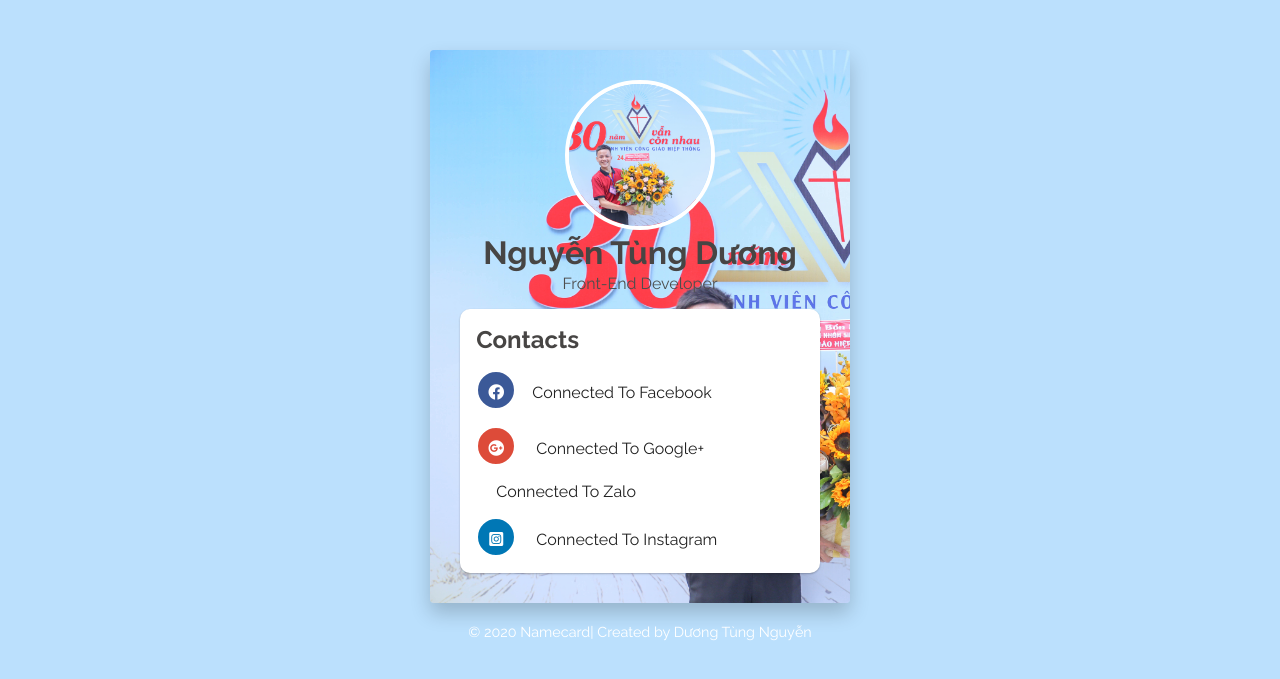
Repository: DuongTungNguyen0899/Card_Duong.github.io
Page: index.html
The author's editor kept a copy of each file at every save. The page is drawn from the files as they stood at one save, then again after the next save.
The browser window is 1280 px wide. The pictures show the whole page.

Above is the page before, as saved 2021-06-27 17:32:41.

After the next save:
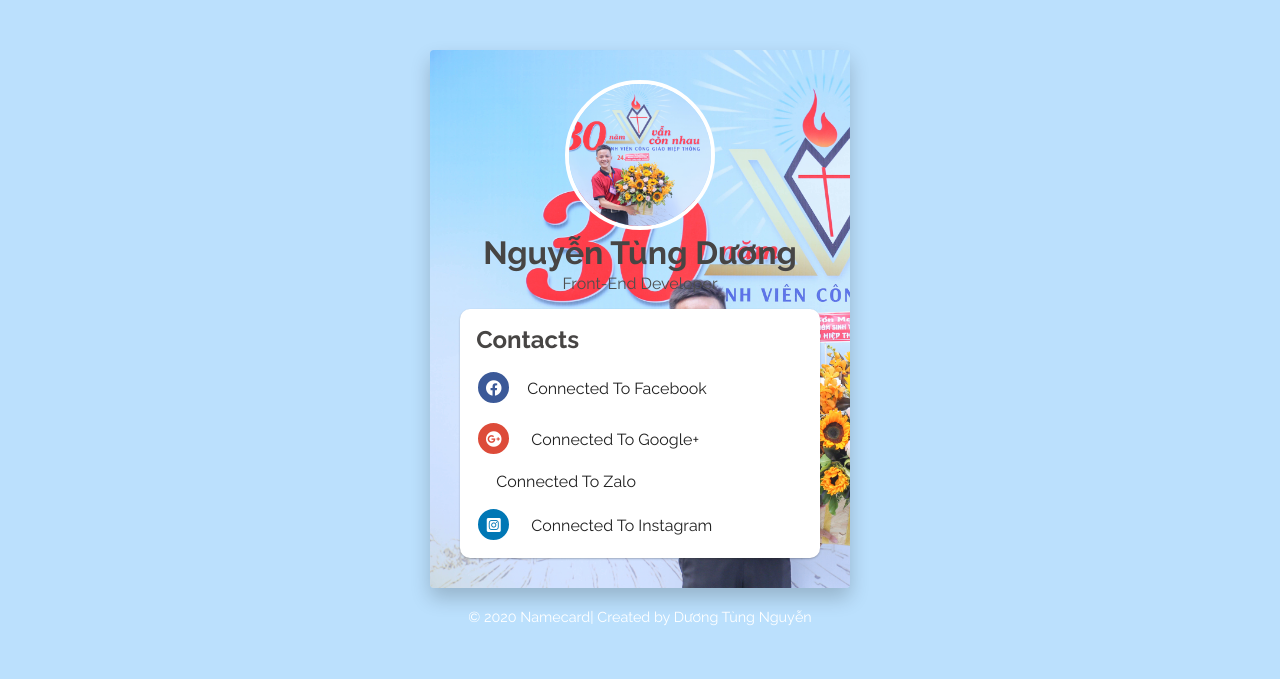
Saved 2 min 22 s later.
--- a/css/style.css
+++ b/css/style.css
@@ -132,10 +132,10 @@ h1 {
     text-align: center;
 }
 .social ul li a i.fab.fa-facebook,.social ul li a i.fab.fa-twitter,.social ul li a i.fab.fa-instagram-square,.social ul li a i.fab.fa-google-plus{
-    height: 40px;
-    width: 40px;
+    height: 35px;
+    width: 35px;
     background: none;
-    line-height: 40px;
+    line-height: 32px;
     border: solid 2px #FFF;
     color: #FFF;
     border-radius: 50%;
